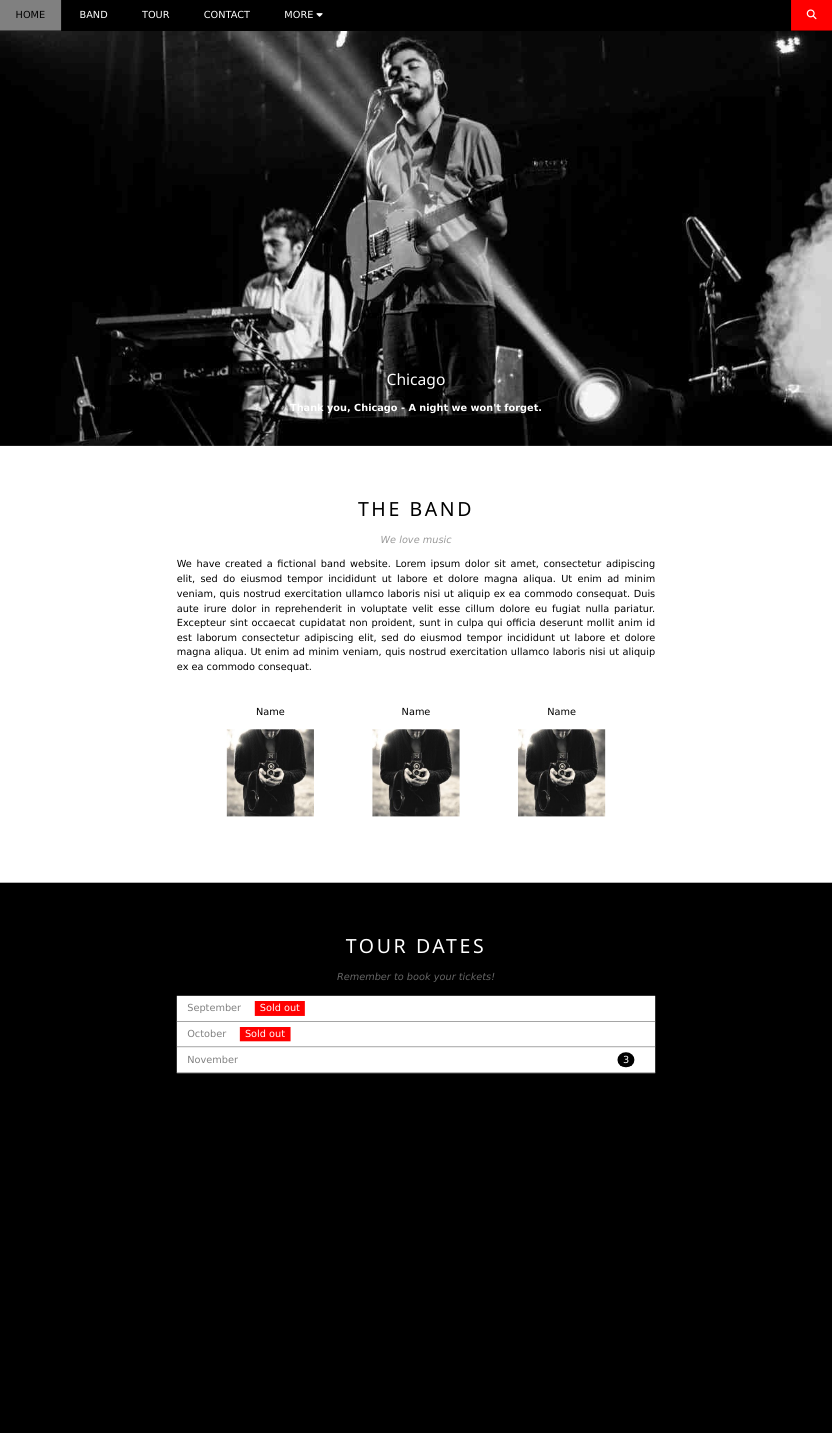
Repository: ngotranphuongbao/theband
Page: index.html
The author's editor kept a copy of each file at every save. The page is drawn from the files as they stood at one save, then again after the next save.
The browser window is 1280 px wide. The pictures show the whole page, at 65% of full size.
Some web libraries are served in a nearby version.

Above is the page before, as saved 2022-12-21 23:52:01.

### index.html
<!DOCTYPE html>
<html lang="en">
<head>
    <meta charset="UTF-8">
    <meta http-equiv="X-UA-Compatible" content="IE=edge">
    <meta name="viewport" content="width=device-width, initial-scale=1.0">
    <title>Document</title>
    <link rel="stylesheet" href="./assets/css/style.css">
    <script src="https://kit.fontawesome.com/55a0c61423.js" crossorigin="anonymous"></script>
    <link rel="stylesheet" href="./assets/themify-icons/themify-icons.css">
    <link rel="stylesheet" href="https://www.w3schools.com/w3css/4/w3.css">
</head>
<body>
    <div id="main">
        <div id="header">
            <ul id="nav">
                <li><a href="">Home</a></li>
                <li><a href="">Band</a></li>
                <li><a href="">Tour</a></li>
                <li><a href="">Contact</a></li>
                <li>
                    <a href="">
                        More
                        <i class="fa fa-caret-down"></i>
                    </a>
                    <ul id="subnav">
                        <li><a href="">Merchandise</a></li>
                        <li><a href="">Extras</a></li>
                        <li><a href="">Media</a></li>
                    </ul>
                </li>
            </ul>
            <div id="search">
                <i class="fa fa-search"></i>
            </div>
        </div>

        <div id="slider">
            <div id="slider-caption">
                <h3>Chicago</h3>
                <p><b>Thank you, Chicago - A night we won't forget.</b></p>
            </div>

        </div>

        <div id="content">
            <div id="the-band">
                <div id="the-band-main">
                    <h2 class="content-title">The Band</h2>
                    <p class="content-subtitle">We love music</p>
                    <p id="describe">We have created a fictional band website. Lorem ipsum dolor sit amet, consectetur adipiscing elit, sed do eiusmod tempor incididunt ut labore et dolore magna aliqua. Ut enim ad minim veniam, quis nostrud exercitation ullamco laboris nisi ut aliquip ex ea commodo consequat. Duis aute irure dolor in reprehenderit in voluptate velit esse cillum dolore eu fugiat nulla pariatur. Excepteur sint occaecat cupidatat non proident, sunt in culpa qui officia deserunt mollit anim id est laborum consectetur adipiscing elit, sed do eiusmod tempor incididunt ut labore et dolore magna aliqua. Ut enim ad minim veniam, quis nostrud exercitation ullamco laboris nisi ut aliquip ex ea commodo consequat.</p>
                    <div id="member">
                        <div class="member-info">
                            <p class="member-name">Name</p>
                            <img src="/assets/image/member/bandmember.jpg" alt="" class="member-photo">
                        </div>

                        <div class="member-info">
                            <p class="member-name">Name</p>
                            <img src="/assets/image/member/bandmember.jpg" alt="" class="member-photo">
                        </div>

                        <div class="member-info">
                            <p class="member-name">Name</p>
                            <img src="/assets/image/member/bandmember.jpg" alt="" class="member-photo">
                        </div>
                    </div>
                </div>
            </div>

            <div id="tour-dates">
                <div id="tour-dates-main">
                    <h2 class="content-title">Tour dates</h2>
                    <p class="content-subtitle">Remember to book your tickets!</p>
                    <ul id="booking">
                        <li>
                            September
                            <div class="sold-out">Sold out</div>
                        </li>
                        <li>
                            October
                            <div class="sold-out">Sold out</div>
                        </li>
                        <li>
                            November
                            <span class="w3-badge">3</span>
                        </li>
                    </ul>
                    <div id="location">
                        <div class="location-info">

                        </div>

                        <div class="location-info">

                        </div>

                        <div class="location-info">

                        </div>
                    </div>
                </div>


            </div>

            <div id="contact">



            </div>

            <div id="picture">

            </div>

        </div>

        <div id="footer">

        </div>
    </div>

</body>
</html>

### assets/css/style.css
* {
    padding: 0px;
    margin: 0px;
    box-sizing: border-box;
}

html {
    font-family: Arial, Helvetica, sans-serif;
}

#main {

}

#header {
    height: 46.5px;
    background-color: black;
    position: fixed;
    top: 0px;
    left: 0px;
    right: 0px;
    z-index: 1;
}

#nav {
    display: inline-block;
}
#nav > li {
    display: inline-block;
    padding: 12px 24px;
    position: relative;
}

#nav > li > a {
    line-height: 22.5px;
    text-decoration: none;
    text-transform: uppercase;
    color: white;
}

#nav > li:hover {
    background-color: grey;
}

#nav > li:hover > a {
    color: black;
}

#subnav {
    display: none;
    position: absolute;
    top: 45px;
    left: 0px;
    box-shadow: 0px 0px 10px rgba(0, 0, 0, 0.3);
    background-color: white;
}

#subnav > li {
    display: block;
    width: 160px;
    height: 38.5px;
    padding: 8px 16px;
}

#subnav > li:hover {
    background-color: grey;
}

#nav > li:hover > #subnav {
    display: block;
}

#subnav > li > a {
    text-decoration: none;
    color: black;
}

.fa-caret-down {
    width: 8.575px;
    height: 15px;
}

#search {
    float: right;
    padding: 12px 24px;
    background-color: red;
    cursor: pointer;
}

.fa-search {
    line-height: 22.5px;
    color: white;
}
#slider {
    margin-top: 45.6px;
    padding-top: 50%;
    background: url(/assets/image/slider/chicago.jpg) top center / cover no-repeat;
    position: relative;
}

#slider-caption {
    position: absolute;
    bottom: 32px;
    width: 100%;
    text-align: center;
}

#slider-caption > p {
    margin: 15px;
    color: white;
}

#slider-caption > h3 {
    margin-bottom: 10px;
    color: white;
    font-weight: 400;
    font-size: 24px;
}


#content {

}

#the-band {
    height: 672px;
}

#the-band-main {
    width: 768px;
    height: 100%;
    padding: 64px 16px;
    margin: auto;
}

.content-title {
    text-align: center;
    margin: 10px;
    text-transform: uppercase;
    letter-spacing: 4px;
    font-weight: 400;
}

.content-subtitle {
    text-align: center;
    margin: 15px;
    font-style: italic;
    opacity: 0.4;
}

#describe {
    text-align: justify;
    margin-bottom: 15px;

}

#member {
    height: 286px;
    text-align: center;
    margin: 32px;
}

.member-info {
    display: inline-block;
    width: calc(100%/3);
    float: left;
}

.member-photo {
    width: 60%;
    margin-bottom: 16px;
}

.member-name {
    margin: 15px;
}

#tour-dates {
    height: 846px;
    background-color: black;
}

#tour-dates-main {
    width: 768px;
    height: 100%;
    color: white;
    margin: auto;
    padding: 64px 16px;
}

#booking {
    margin-top: 18.4px;
    background-color: white;

}

#booking > li {
    display: block;
    color: grey;
    padding: 8px 16px;
    border-bottom: 1px solid #757575;
}

.sold-out {
    margin-left: 16px;
    padding: 0px 8px;
    background-color: red;
    display: inline-block;
    color: white;
}

.w3-badge {
    float: right;
    margin-right: 16px;
}

#location {
    height: 469px;
    padding: 32px 8px;
}

.location-info {
    display: inline-block;
    float: left;
    width: calc((100%/3) - 16px);
    height: calc(100%-16px);
    background-color: white;
}
#footer {

}

Loaded but not shown: assets/themify-icons/themify-icons.css (common file)

After the next save:
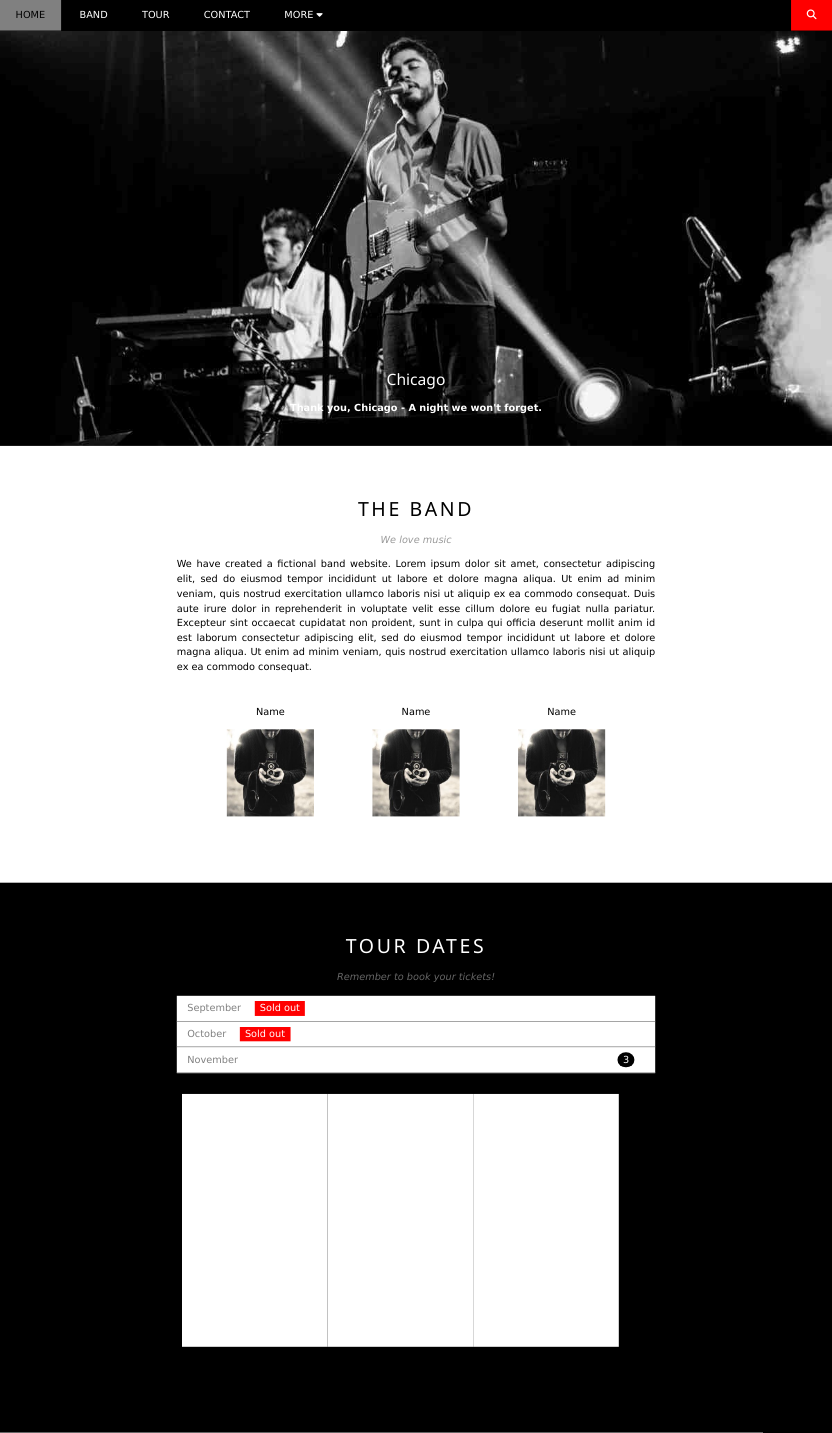
Saved 15 s later.
--- a/assets/css/style.css
+++ b/assets/css/style.css
@@ -223,7 +223,7 @@ html {
     display: inline-block;
     float: left;
     width: calc((100%/3) - 16px);
-    height: calc(100%-16px);
+    height: calc(100% - 16px);
     background-color: white;
 }
 #footer {

After the 4 saves that followed:
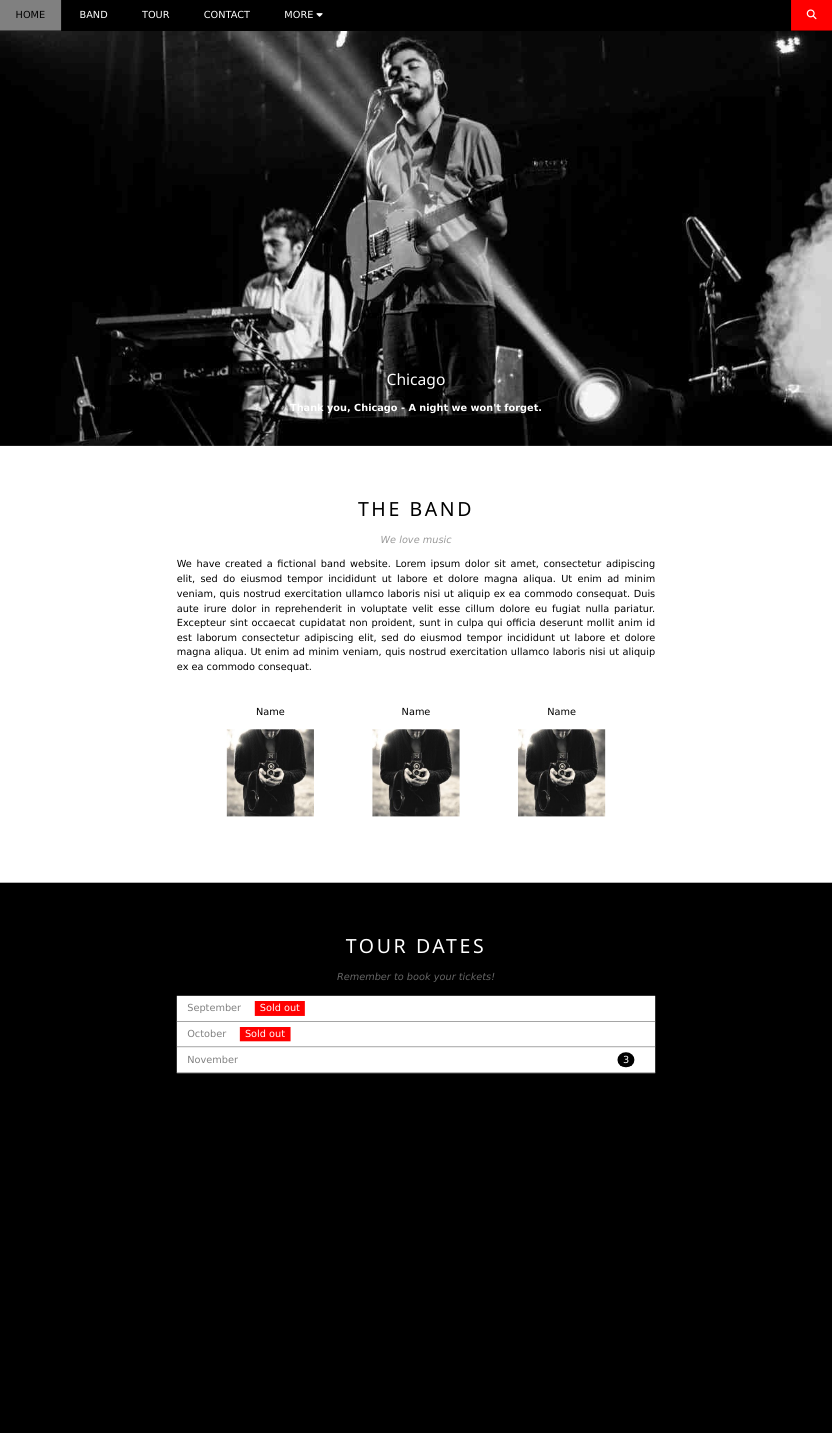
The 4 saves are shown as one change because 3 left the picture as it was.
The last was saved 118 s later.
--- a/assets/css/style.css
+++ b/assets/css/style.css
@@ -223,8 +223,6 @@ html {
     display: inline-block;
     float: left;
     width: calc((100%/3) - 16px);
-    height: calc(100% - 16px);
-    background-color: white;
 }
 #footer {
 
